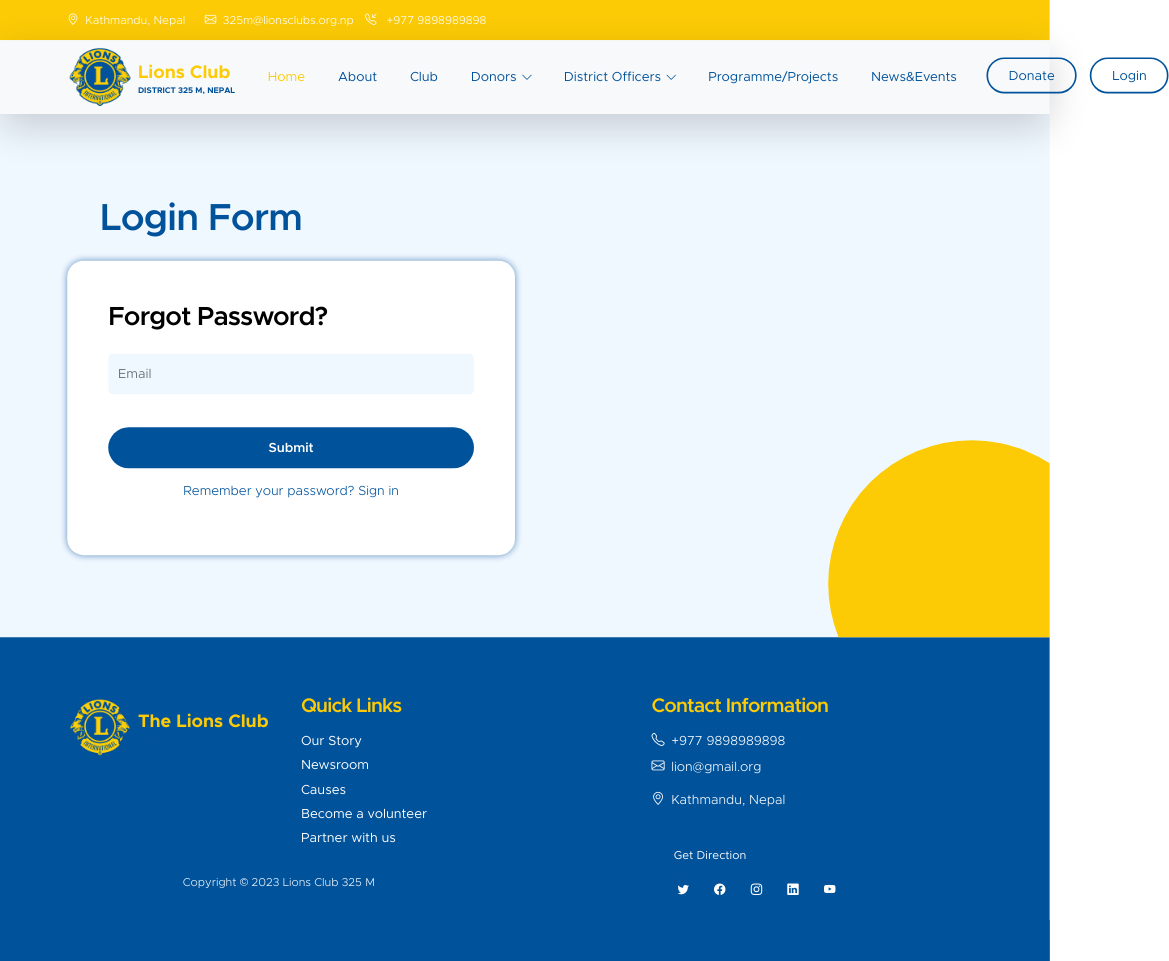
Repository: sandhya8109/Lions
Page: http://localhost/forget.php
An editor plug-in stored every save of this project. The page is shown before and after the next save, followed by the edit.
The browser window is 1280 px wide. The page is 1425 px wide, so the pictures cover 1425 px, including what lies to the right of the window. The pictures show the whole page, at 82% of full size.
The page is run by PHP 8.4 with error messages shown; the project is at /var/www/html/.

Above is the page before, as saved 2023-06-18 13:58:34.
Console error: TypeError: Cannot read properties of undefined (reading 'top')

### forget.php
<?php include('nav.php')
    ?>
<!--Volunteer start-->
<section class="volunteer-section section-padding" id="section_4" style="background-color:var(--section-bg-color);">
    <div class="container">
        <div class="row">

            <div class="col-lg-6 col-12">
                <h2 class="mb-4" style="color:#00529b; padding-left:40px; ">Login Form</h2>
                <form class="custom-form volunteer-form mb-5 mb-lg-0" action="#" method="post" role="form"
                    style="box-shadow: 0 0 9px rgb(91, 139, 190);">
                    <h3 class="mb-4">Forgot Password?</h3>

                    <div class="row">
                        <div class="col-lg-12">
                            <input type="email" name="email" id="email" class="form-control" placeholder="Email"
                                required>
                        </div>
                    </div>

                    <div class="row mt-3">
                        <div class="col-lg-12">
                            <button type="submit" class="form-control">Submit</button>
                        </div>
                    </div>

                    <div class="row mt-3">
                        <div class="col-lg-12">
                            <p class="text-center">Remember your password? <a href="#">Sign in</a></p>
                        </div>
                    </div>
                </form>



            </div>



        </div>
    </div>
</section>
<!--Login form -->
<?php include('footer.php')
    ?>

### nav.php
<!doctype html>
<html lang="en">

<head>
    <meta charset="utf-8">
    <meta name="viewport" content="width=device-width, initial-scale=1">
    <meta name="description" content="">
    <meta name="author" content="">
    <title>Lions Club International </title>
    <!-- CSS FILES -->
    <link href="css/bootstrap.min.css" rel="stylesheet">
    <link href="css/bootstrap-icons.css" rel="stylesheet">
    <link href="css/styles.css" rel="stylesheet">
</head>

<body id="section_1">

    <header class="site-header">
        <div class="container">
            <div class="row">

                <div class="col-lg-8 col-12 d-flex flex-wrap">
                    <p class="d-flex me-4 mb-0">
                        <i class="bi-geo-alt me-2"></i>
                        Kathmandu, Nepal
                    </p>

                    <p class="d-flex mb-0">
                        <i class="bi-envelope me-2"></i>

                        <a href="mailto:info@company.com">
                            325m@lionsclubs.org.np
                        </a>
                    </p>
                    &nbsp; &nbsp;
                    <p class="d-flex mb-0">
                        <i class="bi bi-telephone-inbound"></i>
                        &nbsp; &nbsp;
                        <a href="tel:+9779898989898">
                            +977 9898989898
                        </a>
                    </p>
                </div>
            </div>
        </div>
    </header>
    <nav class="navbar navbar-expand-lg bg-light shadow-lg">
        <div class="container">

            <a class="navbar-brand" href="index.php">
                <img src="images/logo.png" class="logo img-fluid">
                <span>
                    Lions Club
                    <small>District 325 M, Nepal</small>
                </span>
            </a>
            <button class="navbar-toggler" type="button" data-bs-toggle="collapse" data-bs-target="#navbarNav"
                aria-controls="navbarNav" aria-expanded="false" aria-label="Toggle navigation">
                <span class="navbar-toggler-icon"></span>
            </button>

            <div class="collapse navbar-collapse" id="navbarNav">

                <ul class="navbar-nav ms-auto">
                    <li class="nav-item">
                        <a class="nav-link click-scroll" href="./index.php">Home</a>
                    </li>

                    <li class="nav-item">
                        <a class="nav-link click-scroll" href="./about.php">About</a>
                    </li>

                    <li class="nav-item">
                        <a class="nav-link click-scroll" href="./club.php">Club</a>
                    </li>

                    <li class="nav-item dropdown">
                        <a class="nav-link click-scroll dropdown-toggle" href="#section_5"
                            id="navbarLightDropdownMenuLink" role="button" data-bs-toggle="dropdown"
                            aria-expanded="false">Donors</a>

                        <ul class="dropdown-menu dropdown-menu-light" aria-labelledby="navbarLightDropdownMenuLink">
                            <li><a class="dropdown-item" href="news.php">PMJF</a></li>

                            <li><a class="dropdown-item" href="news-detail.php">MJF</a></li>
                            <li><a class="dropdown-item" href="news-detail.php">Campaign 100</a></li>
                            <li><a class="dropdown-item" href="news-detail.php">Cam 100</a></li>
                        </ul>
                    </li>


                    <li class="nav-item dropdown">
                        <a class="nav-link click-scroll dropdown-toggle" href="#section_5"
                            id="navbarLightDropdownMenuLink" role="button" data-bs-toggle="dropdown"
                            aria-expanded="false">District Officers</a>

                        <ul class="dropdown-menu dropdown-menu-light" aria-labelledby="navbarLightDropdownMenuLink">
                            <li><a class="dropdown-item" href="news.php">Governor Team</a></li>

                            <li><a class="dropdown-item" href="news-detail.php">Advisor Council</a></li>
                            <li><a class="dropdown-item" href="news-detail.php">Coordinators</a></li>
                            <li><a class="dropdown-item" href="news-detail.php">District Committee</a></li>
                            <li><a class="dropdown-item" href="news-detail.php">CC/AC/RC/ZC/DC</a></li>
                        </ul>
                    </li>

                    <li class="nav-item">
                        <a class="nav-link click-scroll" href="#section_9">Programme/Projects</a>
                    </li>
                    <li class="nav-item">
                        <a class="nav-link click-scroll" href="./news.php">News&Events</a>
                    </li>
                    <li class="nav-item ms-3">
                        <a class="nav-link custom-btn custom-border-btn btn" href="donate.php">Donate</a>
                    </li>
                    <li class="nav-item ms-3">
                        <a class="nav-link custom-btn custom-border-btn btn" href="login.php">Login</a>
                    </li>
                </ul>
            </div>
        </div>
    </nav>

### footer.php
<footer class="site-footer">
    <div class="container">
        <div class="row">
            <div class="col-lg-3 col-12 mb-4">
                <a class="navbar-brand" href="index.html">
                    <img src="images/logo.png" class="logo img-fluid" alt="Kind Heart Charity">
                    <span>
                        The Lions Club
                        <small>325 M</small>
                    </span>
                </a>

            </div>

            <div class="col-lg-4 col-md-6 col-12 mb-4">
                <h5 class="site-footer-title mb-3">Quick Links</h5>

                <ul class="footer-menu">
                    <li class="footer-menu-item"><a href="#" class="footer-menu-link">Our Story</a></li>

                    <li class="footer-menu-item"><a href="#" class="footer-menu-link">Newsroom</a></li>

                    <li class="footer-menu-item"><a href="#" class="footer-menu-link">Causes</a></li>

                    <li class="footer-menu-item"><a href="#" class="footer-menu-link">Become a volunteer</a></li>

                    <li class="footer-menu-item"><a href="#" class="footer-menu-link">Partner with us</a></li>
                </ul>
            </div>

            <div class="col-lg-4 col-md-6 col-12 mx-auto">
                <h5 class="site-footer-title mb-3">Contact Information</h5>

                <p class="text-white d-flex mb-2">
                    <i class="bi-telephone me-2"></i>

                    <a href="tel: +977 9898989898" class="site-footer-link">
                        +977 9898989898
                    </a>
                </p>

                <p class="text-white d-flex">
                    <i class="bi-envelope me-2"></i>

                    <a href="mailto:info@yourgmail.com" class="site-footer-link">
                        lion@gmail.org
                    </a>
                </p>

                <p class="text-white d-flex mt-3">
                    <i class="bi-geo-alt me-2"></i>
                    Kathmandu, Nepal
                </p>

                <a href="#" class="custom-btn btn mt-3">Get Direction</a>
            </div>
            <div class="col-lg-6 col-md-7 col-12">
                <p class="copyright-text mb-0">Copyright © 2023 Lions Club 325 M
                </p>
            </div>

            <div class="col-lg-6 col-md-5 col-12 d-flex justify-content-center align-items-center mx-auto">
                <ul class="social-icon">
                    <li class="social-icon-item">
                        <a href="#" class="social-icon-link bi-twitter"></a>
                    </li>

                    <li class="social-icon-item">
                        <a href="#" class="social-icon-link bi-facebook"></a>
                    </li>

                    <li class="social-icon-item">
                        <a href="#" class="social-icon-link bi-instagram"></a>
                    </li>

                    <li class="social-icon-item">
                        <a href="#" class="social-icon-link bi-linkedin"></a>
                    </li>

                    <li class="social-icon-item">
                        <a href="https://youtube.com/templatemo" class="social-icon-link bi-youtube"></a>
                    </li>
                </ul>
            </div>
        </div>
    </div>

    <div class="site-footer-bottom">
        <div class="container">
            <div class="row">



            </div>
        </div>
    </div>
</footer>

<!-- JAVASCRIPT FILES -->
<script src="js/jquery.min.js"></script>
<script src="js/bootstrap.min.js"></script>
<script src="js/jquery.sticky.js"></script>
<script src="js/click-scroll.js"></script>
<script src="js/counter.js"></script>
<script src="js/custom.js"></script>

</body>

</html>

Loaded but not shown: css/bootstrap.min.css (library); css/bootstrap-icons.css (library); js/jquery.min.js (library); js/bootstrap.min.js (library); js/jquery.sticky.js (library); js/custom.js (common file); js/counter.js (89 lines, source omitted); js/click-scroll.js (37 lines, source omitted); css/styles.css (1669 lines, source omitted)

After the next save:
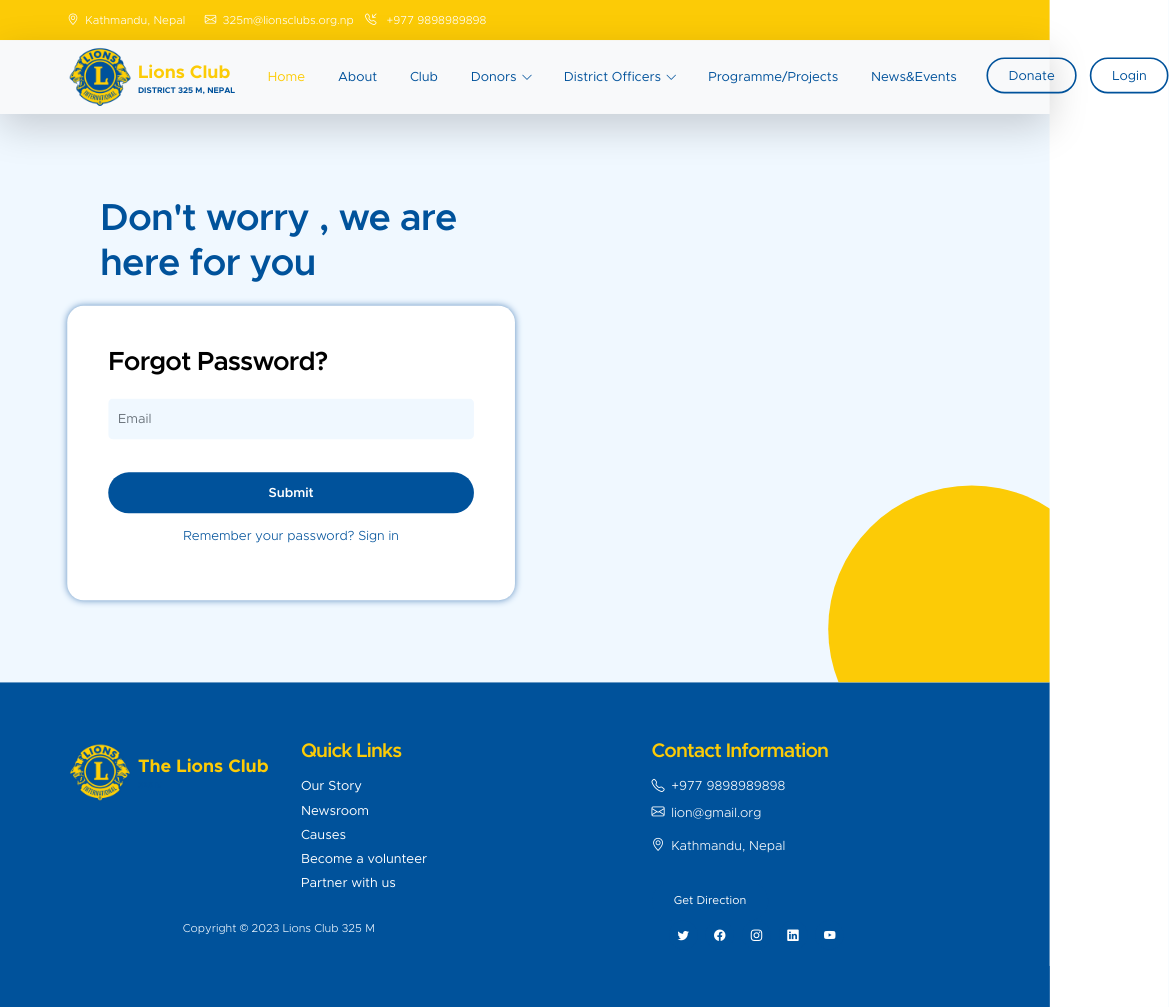
Saved 2 min 18 s later.
--- a/forget.php
+++ b/forget.php
@@ -6,7 +6,7 @@
         <div class="row">
 
             <div class="col-lg-6 col-12">
-                <h2 class="mb-4" style="color:#00529b; padding-left:40px; ">Login Form</h2>
+                <h2 class="mb-4" style="color:#00529b; padding-left:40px; ">Don't worry , we are here for you</h2>
                 <form class="custom-form volunteer-form mb-5 mb-lg-0" action="#" method="post" role="form"
                     style="box-shadow: 0 0 9px rgb(91, 139, 190);">
                     <h3 class="mb-4">Forgot Password?</h3>

After the save that followed:
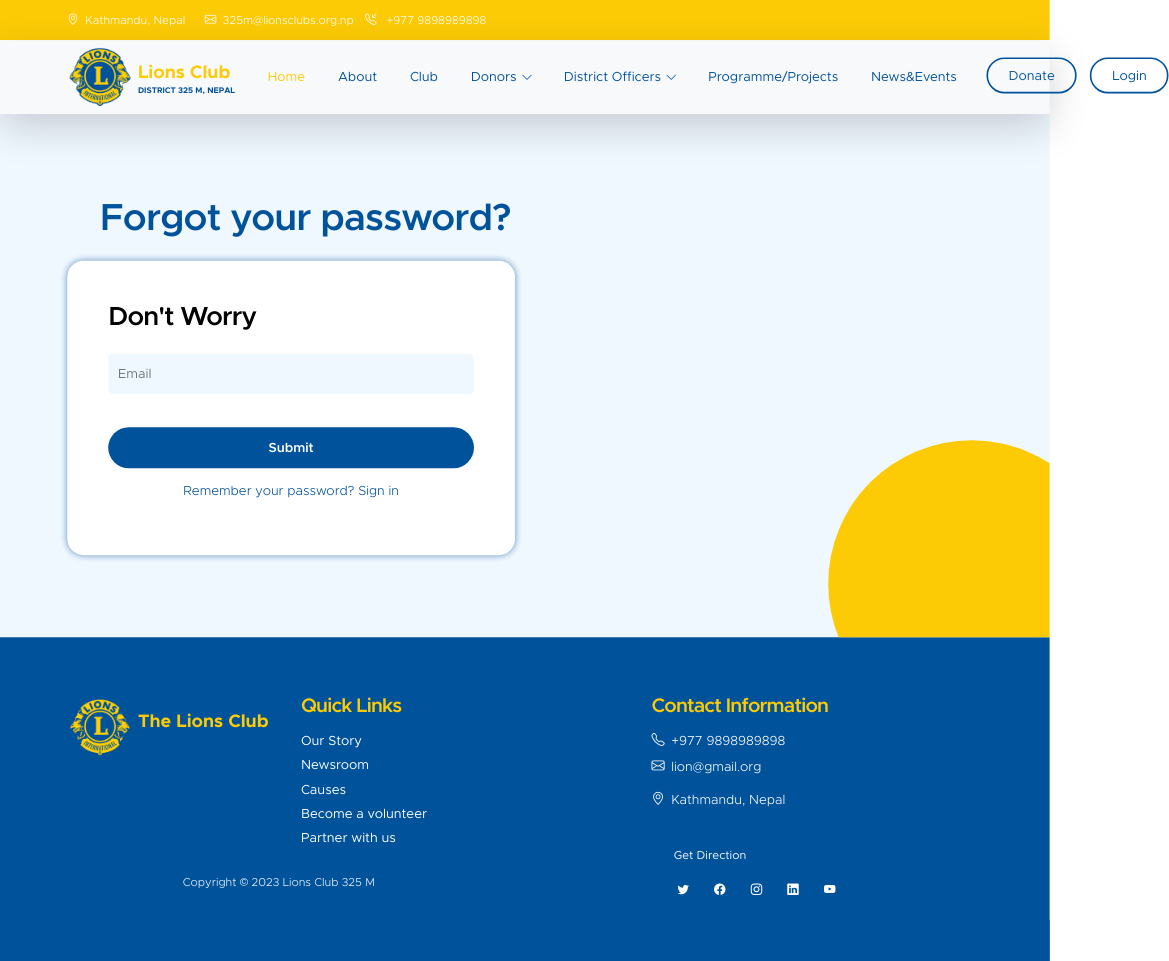
Saved 24 s later.
--- a/forget.php
+++ b/forget.php
@@ -6,10 +6,10 @@
         <div class="row">
 
             <div class="col-lg-6 col-12">
-                <h2 class="mb-4" style="color:#00529b; padding-left:40px; ">Don't worry , we are here for you</h2>
+                <h2 class="mb-4" style="color:#00529b; padding-left:40px; ">Forgot your password?</h2>
                 <form class="custom-form volunteer-form mb-5 mb-lg-0" action="#" method="post" role="form"
                     style="box-shadow: 0 0 9px rgb(91, 139, 190);">
-                    <h3 class="mb-4">Forgot Password?</h3>
+                    <h3 class="mb-4">Don't Worry</h3>
 
                     <div class="row">
                         <div class="col-lg-12">
